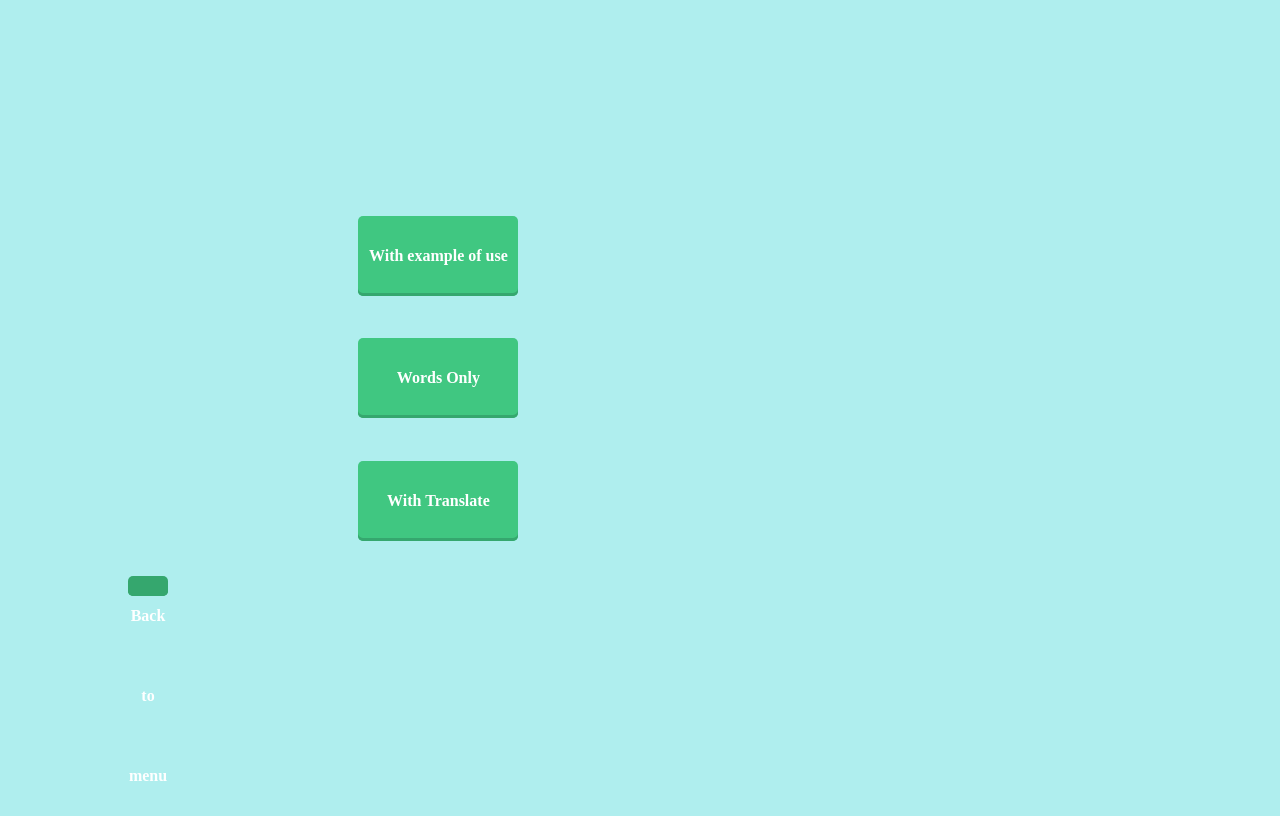
Repository: Artem-Brunov/msu_prac
Page: workspace/BasicUI/NewSettings.html
An editor plug-in stored every save of this project. The page is shown before and after the next save, followed by the edit.
The browser window is 1280 px wide. The pictures show the whole page.

Above is the page before, as saved 2017-11-20 02:05:19.

After the next save:
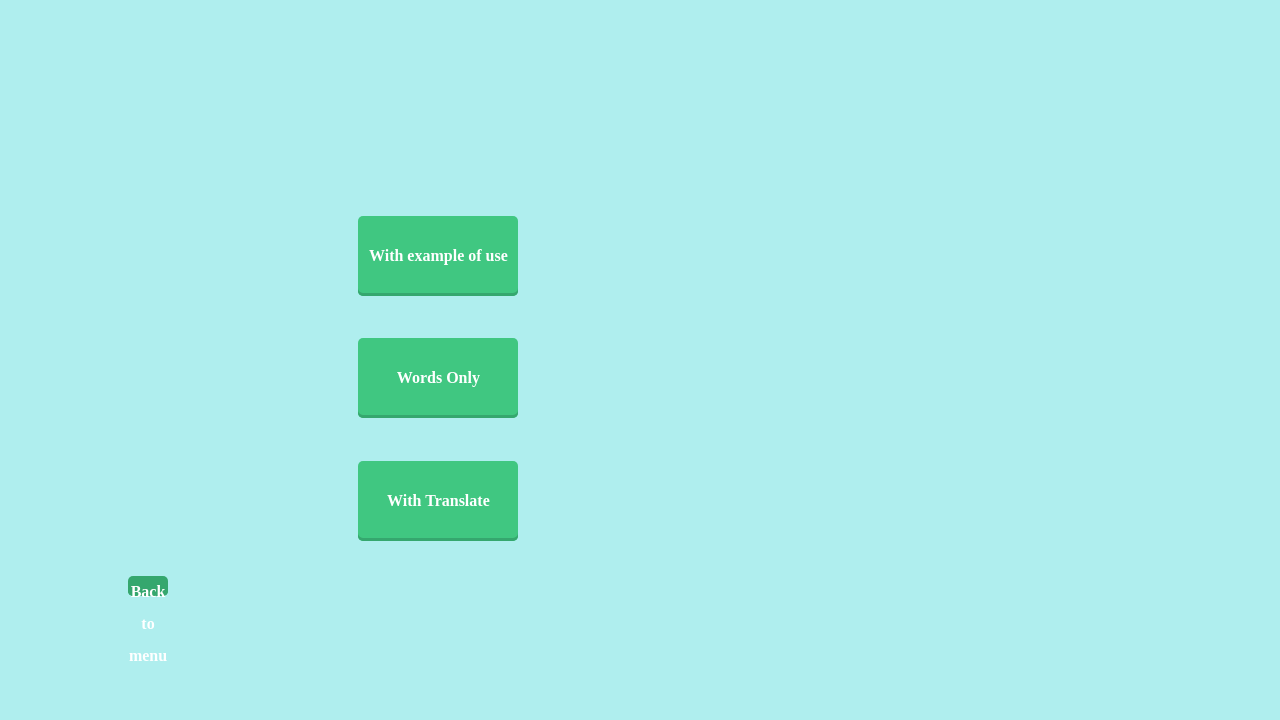
Saved 60 s later.
--- a/workspace/BasicUI/css/style.css
+++ b/workspace/BasicUI/css/style.css
@@ -57,7 +57,7 @@ a.back {
 	display: block;
 	width: 40px;
 	height: 20px;
-  	line-height: 5em;
+  	line-height: 2em;
 	border-radius: 5px;
  	background: rgb(64,199,129);
 	box-shadow: 0 -3px rgb(53,167,110) inset;
